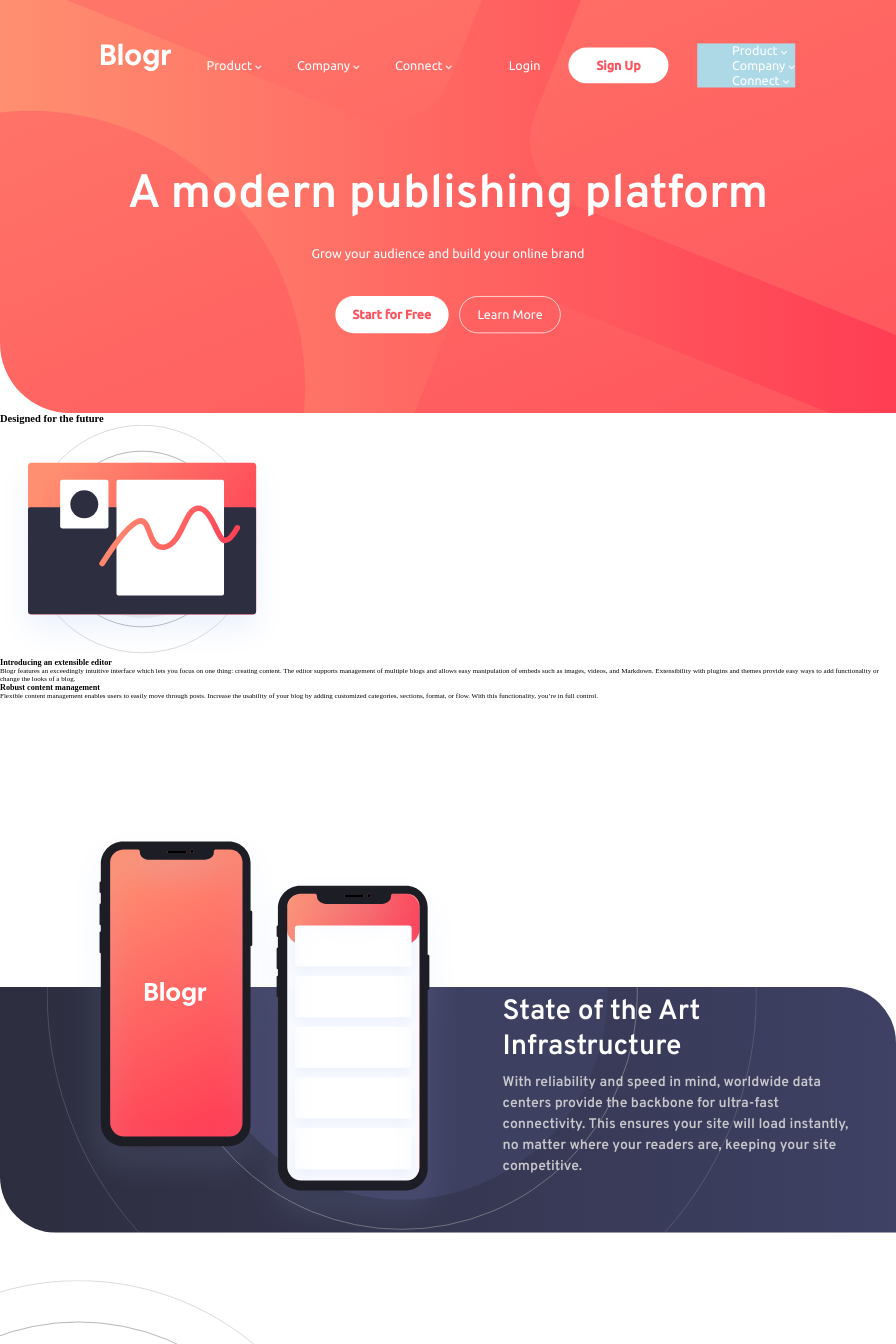
Repository: tomas938/tomaspage3
Page: index.html
These files come from the project's save history. The page is drawn as it stood at one moment and after the next save; the edit follows.
The browser window is 1280 px wide. The pictures show the part of the page from y = 0 to 1920 px (the page is 3157 px tall), at 70% of full size.
The style sheet was rebuilt from its Sass, Less or Tailwind sources for each picture, by a compiler version that may differ from the author's.

Above is the page before, as saved 2021-07-30 16:53:06.

### index.html
<!DOCTYPE html>
<html lang="en">
	<head>
		<meta charset="UTF-8" />
		<meta name="viewport" content="width=device-width, initial-scale=1.0" />
		<!-- displays site properly based on user's device -->

		<link
			rel="icon"
			type="image/png"
			sizes="32x32"
			href="./images/favicon-32x32.png"
		/>

		<title>Frontend Mentor | [Blogr]</title>

		<link rel="stylesheet" href="./scss/main.css" />
	</head>
	<body>
		<section class="intro">
			<header>
				<nav class="intro__navigation">
					<div class="intro__navigation__logo">
						<svg width="101" height="40" xmlns="http://www.w3.org/2000/svg">
							<path
								d="M0 30.803V1.486h10.653c1.982 0 3.695.31 5.14.93 1.446.619 2.56 1.5 3.345 2.642.785 1.142 1.177 2.484 1.177 4.026 0 1.404-.303 2.636-.909 3.695a6.48 6.48 0 01-2.56 2.498c1.487.578 2.643 1.494 3.469 2.746.826 1.253 1.239 2.732 1.239 4.439 0 1.707-.44 3.18-1.322 4.418-.88 1.239-2.12 2.202-3.716 2.89-1.596.688-3.482 1.033-5.657 1.033H0zM5.946 6.565v6.73h4.046c1.35 0 2.388-.282 3.118-.846.73-.564 1.094-1.397 1.094-2.498 0-1.101-.365-1.94-1.094-2.519-.73-.578-1.769-.867-3.118-.867H5.946zm0 19.159h4.624c1.542 0 2.732-.33 3.572-.991.84-.66 1.26-1.61 1.26-2.85 0-1.238-.42-2.188-1.26-2.848-.84-.66-2.03-.991-3.572-.991H5.946v7.68zm19.282 5.079V0h5.781v30.803h-5.78zm20.893.619c-1.624 0-3.124-.29-4.5-.867a10.94 10.94 0 01-3.593-2.416 10.96 10.96 0 01-2.374-3.654c-.564-1.404-.846-2.931-.846-4.583 0-1.652.289-3.173.867-4.563a11.354 11.354 0 012.415-3.654 10.96 10.96 0 013.634-2.436c1.39-.578 2.91-.867 4.562-.867 1.625 0 3.125.289 4.501.867a10.94 10.94 0 013.592 2.416 11.01 11.01 0 012.375 3.633c.564 1.39.846 2.911.846 4.563 0 1.651-.289 3.179-.867 4.583a11.297 11.297 0 01-2.416 3.675 10.96 10.96 0 01-3.633 2.436c-1.39.578-2.911.867-4.563.867zm.083-5.203c1.046 0 1.982-.275 2.808-.825.825-.551 1.48-1.301 1.96-2.25.483-.95.723-2.03.723-3.242 0-1.211-.24-2.292-.722-3.241-.482-.95-1.136-1.7-1.961-2.25-.826-.551-1.762-.826-2.808-.826-1.046 0-1.982.275-2.808.825-.826.55-1.48 1.301-1.961 2.25-.482.95-.723 2.03-.723 3.242 0 1.211.241 2.292.723 3.241.482.95 1.135 1.7 1.961 2.25.826.551 1.762.826 2.808.826zm24.155 3.964a9.13 9.13 0 01-3.86-.826 9.492 9.492 0 01-3.118-2.291c-.881-.977-1.57-2.12-2.065-3.427-.495-1.308-.743-2.719-.743-4.233 0-1.569.255-3.02.764-4.356a10.614 10.614 0 012.147-3.489 10.174 10.174 0 013.22-2.333c1.225-.564 2.554-.846 3.985-.846 1.404 0 2.67.282 3.799.846a7.402 7.402 0 012.807 2.457l.124-2.684h5.327v19.2c0 1.68-.269 3.207-.805 4.584-.537 1.376-1.301 2.56-2.292 3.55a10.231 10.231 0 01-3.53 2.292c-1.363.537-2.87.805-4.522.805-1.624 0-3.083-.254-4.376-.764a10.468 10.468 0 01-3.386-2.126 10.035 10.035 0 01-2.271-3.18L67.097 32a5.452 5.452 0 001.92 1.879c.784.454 1.672.681 2.663.681 1.074 0 2.003-.24 2.787-.723.785-.481 1.397-1.156 1.838-2.023.44-.867.66-1.879.66-3.035v-1.775a7.793 7.793 0 01-2.828 2.333c-1.143.564-2.402.846-3.778.846zm1.404-5.12c1.018 0 1.92-.254 2.704-.764a5.556 5.556 0 001.879-2.064c.468-.867.702-1.851.702-2.952 0-1.102-.234-2.086-.702-2.953a5.556 5.556 0 00-1.879-2.064c-.784-.51-1.686-.764-2.704-.764-1.019 0-1.92.255-2.705.764a5.556 5.556 0 00-1.879 2.064c-.468.867-.702 1.851-.702 2.953 0 1.1.234 2.085.702 2.952a5.556 5.556 0 001.88 2.064c.784.51 1.685.764 2.704.764zm15.607 5.74V9h5.327l.206 3.304c.55-1.157 1.294-2.044 2.23-2.664.936-.62 2.037-.929 3.303-.929.386 0 .77.035 1.156.103.386.07.73.159 1.033.269l-.62 5.698a4.361 4.361 0 00-.929-.227 7.495 7.495 0 00-.97-.062c-1.597 0-2.822.489-3.675 1.466-.853.977-1.28 2.36-1.28 4.15v10.694h-5.78z"
								fill="#FFF"
								fill-rule="nonzero"
							/>
						</svg>
						<ul>
							<li>
								<a href="#">Product</a>
								<svg xmlns="http://www.w3.org/2000/svg" width="10" height="7">
									<path
										fill="none"
										stroke="#FFF"
										stroke-width="2"
										opacity=".75"
										d="M1 1l4 4 4-4"
									/>
								</svg>
							</li>
							<li>
								<a href="#">Company</a>
								<svg xmlns="http://www.w3.org/2000/svg" width="10" height="7">
									<path
										fill="none"
										stroke="#FFF"
										stroke-width="2"
										opacity=".75"
										d="M1 1l4 4 4-4"
									/>
								</svg>
							</li>
							<li>
								<a href="#">Connect</a>
								<svg xmlns="http://www.w3.org/2000/svg" width="10" height="7">
									<path
										fill="none"
										stroke="#FFF"
										stroke-width="2"
										opacity=".75"
										d="M1 1l4 4 4-4"
									/>
								</svg>
							</li>
						</ul>
					</div>
					<div class="intro__navigation__login">
						<div class="button button--1">Login</div>
						<div class="button button--2">Sign Up</div>
					</div>
					<div class="intro__navigation__mobile">
						<span class="line1"></span>
						<span class="line2"></span>
						<span class="line3"></span>
					</div>

					<ul class="mobile__links">
						<li>
							<a href="#">Product</a>
							<svg xmlns="http://www.w3.org/2000/svg" width="10" height="7">
								<path
									fill="none"
									stroke="#FFF"
									stroke-width="2"
									opacity=".75"
									d="M1 1l4 4 4-4"
								/>
							</svg>
						</li>
						<li>
							<a href="#">Company</a>
							<svg xmlns="http://www.w3.org/2000/svg" width="10" height="7">
								<path
									fill="none"
									stroke="#FFF"
									stroke-width="2"
									opacity=".75"
									d="M1 1l4 4 4-4"
								/>
							</svg>
						</li>
						<li>
							<a href="#">Connect</a>
							<svg xmlns="http://www.w3.org/2000/svg" width="10" height="7">
								<path
									fill="none"
									stroke="#FFF"
									stroke-width="2"
									opacity=".75"
									d="M1 1l4 4 4-4"
								/>
							</svg>
						</li>
					</ul>
				</nav>
			</header>
			<div class="intro__description">
				<h1>A modern publishing platform</h1>
				<p>Grow your audience and build your online brand</p>
				<div class="intro__description__buttons">
					<div class="button button--3">Start for Free</div>
					<div class="button button--4">Learn More</div>
				</div>
			</div>
		</section>
		<section class="about">
			<h2>Designed for the future</h2>
			<div class="about__container">
				<img src="/images/illustration-editor-mobile.svg" alt="" />
				<div class="about__container__items">
					<div class="content">
						<h3>Introducing an extensible editor</h3>
						<p>
							Blogr features an exceedingly intuitive interface which lets you
							focus on one thing: creating content. The editor supports
							management of multiple blogs and allows easy manipulation of
							embeds such as images, videos, and Markdown. Extensibility with
							plugins and themes provide easy ways to add functionality or
							change the looks of a blog.
						</p>
					</div>
					<div class="content">
						<h3>Robust content management</h3>
						<p>
							Flexible content management enables users to easily move through
							posts. Increase the usability of your blog by adding customized
							categories, sections, format, or flow. With this functionality,
							you’re in full control.
						</p>
					</div>
				</div>
			</div>
		</section>
		<section class="mobiles">
			<img src="/images/illustration-phones.svg" alt="" />
			<div class="mobiles__content">
				<h2>State of the Art Infrastructure</h2>
				<p>
					With reliability and speed in mind, worldwide data centers provide the
					backbone for ultra-fast connectivity. This ensures your site will load
					instantly, no matter where your readers are, keeping your site
					competitive.
				</p>
			</div>
		</section>
		<section class="desktop">
			<div class="desktop__container">
				<img src="/images/illustration-laptop-mobile.svg" alt="" />
				<div class="desktop__container__items">
					<div class="content">
						<h3>Free, open, simple</h3>
						<p>
							Blogr is a free and open source application backed by a large
							community of helpful developers. It supports features such as code
							syntax highlighting, RSS feeds, social media integration,
							third-party commenting tools, and works seamlessly with Google
							Analytics. The architecture is clean and is relatively easy to
							learn.
						</p>
					</div>
					<div class="content">
						<h3>Powerful tooling</h3>
						<p>
							Batteries included. We built a simple and straightforward CLI tool
							that makes customization and deployment a breeze, but capable of
							producing even the most complicated sites.
						</p>
					</div>
				</div>
			</div>
		</section>
		<footer>
			<div class="logo">
				<img src="/images/logo.svg" alt="" />
			</div>
			<div class="product">
				<h5>Product</h5>
				<a href="#">Overview</a>
				<a href="#">Pricing</a>
				<a href="#">Marketplace</a>
				<a href="#">Features</a>
				<a href="#">Integrations</a>
			</div>
			<div class="company">
				<h5>Company</h5>
				<a href="#">About</a>
				<a href="#">Team</a>
				<a href="#">Blog</a>
				<a href="#">Careers</a>
			</div>
			<div class="connect">
				<h5>Connect</h5>
				<a href="#">Connect</a>
				<a href="#">Newsletter</a>
				<a href="#">LinkedIn</a>
			</div>
		</footer>
	</body>
</html>

### scss/main.scss
@import "../scss_partials/variables";
@import "../scss_partials/resets";
@import "../scss_partials/intro";
@import "../scss_partials/about";
@import "../scss_partials/mobiles";
@import "../scss_partials/desktop";
@import "../scss_partials/footer";

### scss_partials/_variables.scss
//Colors

/* PRIMARY */

$light-red: hsl(356, 100%, 66%);
$very-light-red: hsl(355, 100%, 74%);
$very-dark-blue: hsl(208, 49%, 24%);

/* NEUTRAL */

$white: hsl(0, 0%, 100%);
$grayish-blue: hsl(240, 2%, 79%); //Footer Text
$very-dark-grayish-blue: hsl(207, 13%, 34%);
$very-dark-black-blue: hsl(240, 10%, 16%); //Footer Background

/* GRADIENT */

$very-light-red-gradient: hsl(13, 100%, 72%); // Intro /CTA
$light-red-gradient: hsl(353, 100%, 62%); // Intro /CTA

$very-dark-gray-blue: hsl(237, 17%, 21%); // Background body gradient
$very-dark-desaturated-blue: hsl(237, 23%, 32%); // Background body gradient

//Fonts

@import url("https://fonts.googleapis.com/css2?family=Overpass:wght@300;600&display=swap");

$font-primary: "Overpass", sans-serif;
$font-weight-primary-light: 300;
$font-weight-primary-bold: 600;

@import url("https://fonts.googleapis.com/css2?family=Ubuntu:ital,wght@0,400;0,500;1,700&display=swap");

$font-secondary: "Ubuntu", sans-serif;

$font-weight-secondary-light: 400;
$font-weight-secondary-medium: 500;
$font-weight-secondary-bold: 700;

### scss_partials/_resets.scss
* {
	margin: 0;
	padding: 0;
	box-sizing: border-box;
}
html {
	font-size: 62.5%;
	@media only screen and (max-width: 1000px) {
		font-size: 52.5%;
	}
}
li {
	list-style: none;
}
a {
	text-decoration: none;
}

### scss_partials/_intro.scss
.intro {
	height: 82vh;
	background-image: url(../images/bg-pattern-intro.svg),
		linear-gradient(to right, $very-light-red-gradient, $light-red-gradient);
	background-position: center center;
	border-bottom-left-radius: 10rem;
	font-family: $font-secondary;
	font-weight: $font-weight-secondary-light;
	color: $white;
	font-size: 1.8rem;
	header {
		width: 100%;
	}
	&__navigation {
		width: 77.5%;
		margin: auto;
		padding: 6.2rem 0;
		display: flex;
		justify-content: space-between;
		&__logo {
			display: flex;
		}
		ul {
			display: flex;
			align-items: center;
			@media only screen and (max-width: 900px) {
				display: none;
			}
		}
		li {
			margin-left: 5rem;
		}

		a {
			color: $white;
		}
		&__login {
			display: flex;
			align-items: center;
			@media only screen and (max-width: 900px) {
				display: none;
			}
		}
		&__mobile {
			display: flex;
			display: none;
			@media only screen and (max-width: 900px) {
				display: flex;
			}
			align-items: center;
			flex-direction: column;
			justify-content: center;
			span {
				width: 3.5rem;
				height: 0.4rem;
				background-color: $white;
				margin-top: 0.7rem;
			}
		}
		.mobile__links {
			display: block;
			background-color: lightblue;
		}
	}
	&__description {
		h1 {
			padding: 5rem 0 3rem 0;
			font-size: 6.7rem;
			text-align: center;
			font-family: $font-primary;
			font-weight: $font-weight-primary-bold;
			@media only screen and (max-width: 800px) {
				font-size: 4.7rem;
			}
			@media only screen and (max-width: 565px) {
				font-size: 3.7rem;
			}
		}
		p {
			text-align: center;
		}
		&__buttons {
			padding: 5rem 0;

			margin: auto;
			display: flex;
			justify-content: center;
		}
	}
}
.button {
	cursor: pointer;
	padding: 1.5rem 4rem;
	border-radius: 3rem;
}
.button--2 {
	background-color: $white;
	color: $light-red;
	font-family: $font-secondary;
	font-weight: $font-weight-secondary-bold;
	transition: all 0.3s ease-in-out;
}
.button--2:hover {
	background-color: hsla(0, 0%, 100%, 0.267);
	color: $white;
}
.button--3 {
	background-color: $white;
	color: $light-red;
	font-family: $font-secondary;
	font-weight: $font-weight-secondary-bold;
	transition: all 0.3s ease-in-out;
	padding: 1.5rem 2.5rem;
}
.button--3:hover {
	background-color: hsla(0, 0%, 100%, 0.267);
	color: $white;
}
.button--4 {
	margin-left: 1.5rem;
	border: 1px solid $white;
	padding: 1.5rem 2.5rem;
}

### scss_partials/about.scss
.about {
	height: 100vh;
}

### scss_partials/_mobiles.scss
.mobiles {
	margin-top: 10rem;
	background-image: url(../images/bg-pattern-circles.svg),
		linear-gradient(to right, $very-dark-gray-blue, $very-dark-desaturated-blue);

	background-repeat: no-repeat;
	background-position: 25% 75%;
	border-bottom-left-radius: 8rem;
	border-top-right-radius: 8rem;
	font-family: $font-primary;
	display: flex;
	align-items: flex-end;
	justify-content: flex-end;
	position: relative;
	color: $white;
	height: 35.1rem;
	@media only screen and (max-width: 900px) {
		height: 55.1rem;
	}
	img {
		position: absolute;
		left: 8%;
		@media only screen and (max-width: 1150px) {
			left: 1%;
		}
		@media only screen and (max-width: 1000px) {
			transform: scale(0.75);
			top: -42%;
			left: -5%;
		}
		@media only screen and (max-width: 900px) {
			transform: scale(0.75);
			left: 50%;
			top: -36%;
			transform: translateX(-50%);
			height: 90%;
		}
		@media only screen and (max-width: 570px) {
			height: 80%;

			top: -35%;
		}
		@media only screen and (max-width: 338px) {
			height: 60%;
			top: -29%;
		}
	}
	&__content {
		margin-right: 17rem;
		padding: 10rem 0;
		width: 40%;
		@media only screen and (max-width: 1350px) {
			margin-right: 5rem;
			padding: 8rem 0;
		}

		@media only screen and (max-width: 900px) {
			margin-right: 2rem;
			width: 50%;
			width: 80%;
			margin: 0 auto;
			text-align: center;
		}
		@media only screen and (max-width: 570px) {
			padding: 4rem 0;
		}

		h2 {
			font-size: 4rem;
			font-weight: $font-weight-primary-bold;
		}
		p {
			margin-top: 1rem;
			font-size: 2rem;
			line-height: 3rem;
			font-weight: $font-weight-primary-bold;
			color: $grayish-blue;
		}
	}
}

### scss_partials/_desktop.scss
.desktop {
	padding: 20rem 0;
	font-family: $font-primary;
	background-image: url(../images/illustration-laptop-desktop.svg);
	background-repeat: no-repeat;
	background-position: bottom 10rem left -28rem;
	@media only screen and (max-width: 1250px) {
		background-position: bottom 10rem left -38rem;
	}
	@media only screen and (max-width: 1100px) {
		background-position: bottom 10rem left -50rem;
	}
	@media only screen and (max-width: 1000px) {
		background-position: bottom 6rem left -55rem;
	}
	@media only screen and (max-width: 900px) {
		background-image: url("");
	}
	h2 {
		text-align: center;
		font-size: 4rem;
		color: $very-dark-blue;
		padding: 17rem 0 10rem 0;
	}
	&__container {
		display: flex;
		justify-content: flex-end;
		@media only screen and (max-width: 900px) {
			display: flex;
			flex-direction: column;
		}
		img {
			display: none;
			@media only screen and (max-width: 900px) {
				display: block;
				margin: 5rem auto;
				display: flex;
				flex-direction: column;
			}
			@media only screen and (max-width: 550px) {
				width: 100%;
				height: 100%;
			}
		}
		&__items {
			width: 50%;
			@media only screen and (max-width: 900px) {
				width: 80%;
				margin: auto;
				text-align: center;
			}
		}
		.content {
			margin-right: 17rem;
			@media only screen and (max-width: 1350px) {
				margin-right: 5rem;
			}
			@media only screen and (max-width: 900px) {
				margin-right: 0rem;
			}
		}
		h3 {
			font-size: 3rem;
			color: $very-dark-blue;
		}
		p {
			color: $very-dark-grayish-blue;
			line-height: 3rem;
			padding: 4rem 0 8rem;
			font-size: 2rem;
		}
	}
}

### scss_partials/_footer.scss
footer {
	padding: 10rem 15rem;
	background-color: $very-dark-black-blue;
	color: $grayish-blue;
	border-top-right-radius: 15rem;
	display: flex;
	flex-direction: column;
	align-items: center;
	font-family: $font-primary;
	@media only screen and (max-width: 800px) {
		padding: 10rem 0rem;
	}
	@media only screen and (min-width: 500px) {
		flex-direction: row;
		align-items: flex-start;
		justify-content: space-around;
	}
	.product {
		display: flex;
		flex-direction: column;
		align-items: flex-start;
		padding: 2rem;
		@media only screen and (min-width: 500px) {
			padding: 0rem;
			justify-items: flex-start;
		}
	}
	.company {
		display: flex;
		flex-direction: column;
		align-items: flex-start;
		padding: 2rem;
		@media only screen and (min-width: 500px) {
			padding: 0rem;
			justify-items: flex-start;
		}
	}
	.connect {
		display: flex;
		flex-direction: column;
		align-items: flex-start;
		padding: 2rem;
		@media only screen and (min-width: 500px) {
			padding: 0rem;
			justify-items: flex-start;
		}
	}
	a {
		color: $grayish-blue;
		font-size: 2rem;
		margin-bottom: 1rem;
		position: relative;
	}
	a::before {
		content: "";
		position: absolute;
		top: 23px;
		width: 50%;
		left: 20%;
		height: 0.3rem;
		background-color: $grayish-blue;
		opacity: 0;
		transition: all 0.3s ease-in-out;
	}
	a:hover::before {
		opacity: 1;
		left: 0;
		width: 100%;
		transition: all 0.3s ease-in-out;
	}
	h5 {
		font-size: 2.5rem;
		padding: 3rem;
		padding-left: 0;
		color: $white;
		@media only screen and (min-width: 500px) {
			padding-top: 0rem;
		}
	}
}

After the next save:
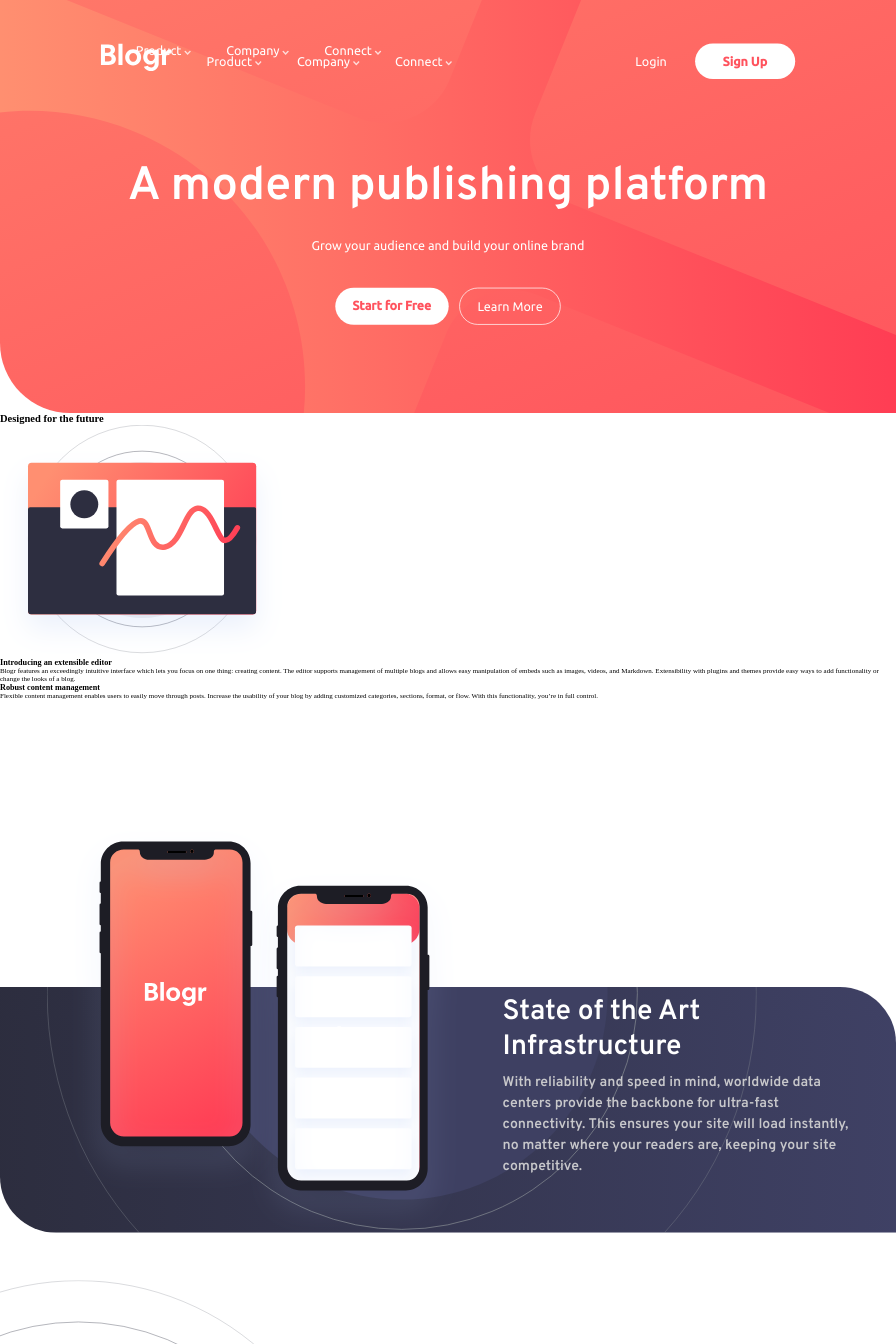
Saved 76 s later.
--- a/scss_partials/_intro.scss
+++ b/scss_partials/_intro.scss
@@ -58,8 +58,7 @@
 			}
 		}
 		.mobile__links {
-			display: block;
-			background-color: lightblue;
+			position: absolute;
 		}
 	}
 	&__description {
